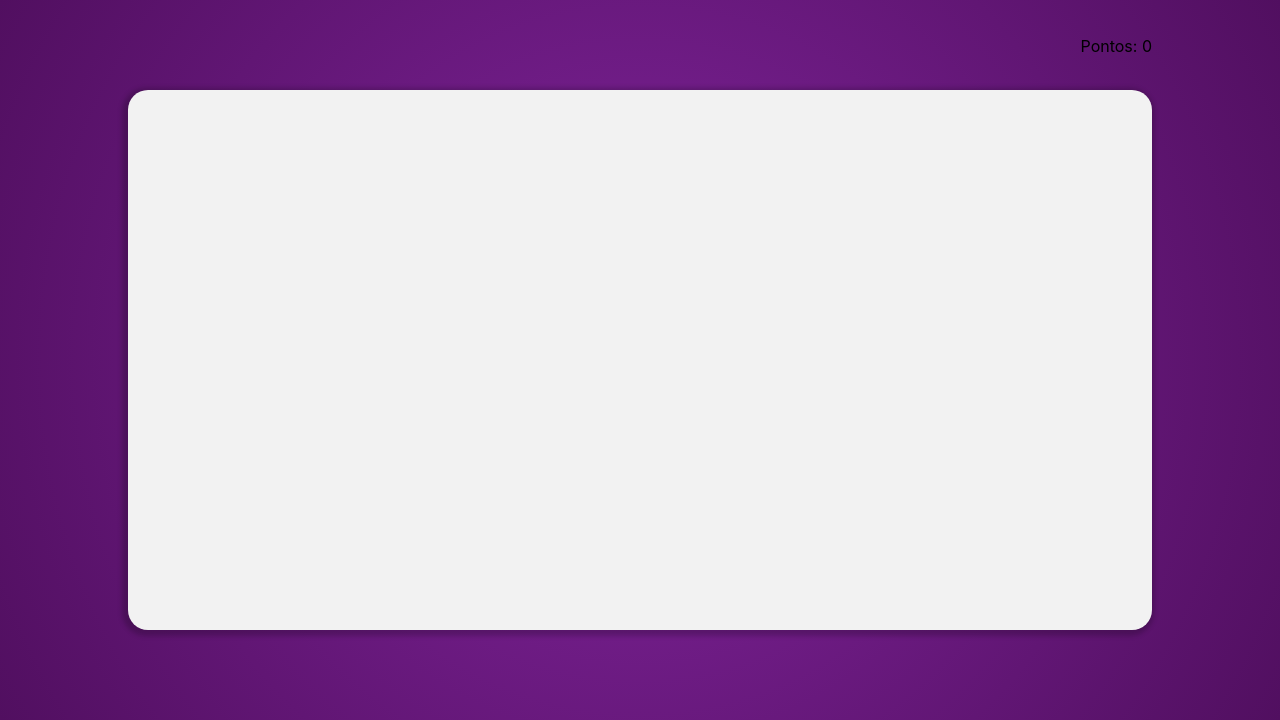
Repository: gabrielejandres/bd-final-project
Page: /play (app in frontend/)
An editor plug-in stored every save of this project. The page is shown before and after the next save, followed by the edit.
The browser window is 1280 px wide. The pictures show the whole page.
The project was rebuilt for these pictures with package versions that can differ from the ones it lists, and the page was loaded fresh each time. Also part of the build but not shown: frontend/src/App.css, frontend/src/components/Button/index.jsx, frontend/src/components/Logo/style.css, frontend/src/components/Logo/index.jsx, frontend/src/components/Footer/Login/index.jsx, frontend/src/pages/Login/index.jsx, frontend/src/components/Footer/Home/style.css, frontend/src/components/Footer/Home/index.jsx and 1 more.

Above is the page before, as saved 2022-03-05 21:29:14.

### frontend/src/App.js
import './App.css';
import Login from './pages/Login/index.jsx'
import Home from './pages/Home/index.jsx'
import Play from './pages/Play/index.jsx';
import {BrowserRouter, Route, Routes} from 'react-router-dom';


function App() {
  return (
    <div>
      <BrowserRouter>
          <Routes>
            <Route path="/login" element={<Login/>}/>
            <Route path="/" element={<Home/>}/>
            <Route path="/play" element={<Play/>}/>
          </Routes>
      </BrowserRouter>
    </div>
  );
}

export default App;

### frontend/src/pages/Play/index.jsx
import { useEffect, useState } from 'react'
import './style.css'

export default function Play(){

  const [score, setScore] = useState(0)

  useEffect(()=>{

  }, [score])

  return (
    <div className="main-page">
      <div className="score"> Pontos: {score}</div>
      <div className="game-container">
        <div>
          <div>

          </div>
          <div>

          </div>
        </div>
      </div>
    </div>
  )
}

### frontend/src/pages/Login/style.css
@import url('https://fonts.googleapis.com/css2?family=Montserrat:wght@100;400;700;900&display=swap');

:root {
    --color-brand-primary: #510F60;
    --color-brand-secondary: #F17E50;

    --color-neutral-lightest: #F2F2F2;
    --color-neutral-medium: rgba(133,133,133, 1);
    --color-neutral-darkest: #363636;

    --primary-brand-font: 'Montserrat', sans-serif;
}

.main-page {
  background-image: radial-gradient(circle, #81249C, var(--color-brand-primary));

  height: 100vh;

  display: flex;
  justify-content: center;
  align-items: center;
}

.logo img {
  height: 15vh;

  display: flex;
  justify-content: center;
  align-items: center;
}

.container-login {
  width: 40vw;
  height: 60vh;

  display: flex;
  align-items: center;
  justify-content: center;
  flex-direction: column;

  background-color: var(--color-neutral-lightest);

  border-radius: 20px;
  box-shadow: -2px 2px 5px 4px rgba(0,0,0,0.2) ;
}

.access-area {
  display: flex;
  justify-content: center;

  width: 35vw;
}

.user-interaction {
  display: flex;
  align-items: center;
  flex-direction: column;
  justify-content: center;

  margin-left: 1.5vw;
}

.profile {
  width: auto;
  height: auto;

  margin-top: 30px;
  margin-bottom: 50px;
}

.profile img {
  height: 150px;
  width: auto;
}

.input{
  border-radius: 10px;
  border: 1px solid var(--color-neutral-medium);

  height: 24px;
  width: 12vw;

  margin-bottom: 2.5vh;
  padding: 1vh;

  background-color: rgba(133,133,133, 0.2);

  font-family: var(--primary-brand-font);
}

input:focus {
  outline: none;
}

.container-footer {
  width: 100%;

  display: flex;
  align-items: center;
  justify-content: center;
}

.continue-button {
  display: flex;
  align-items: center;
  justify-content: center;
}

### frontend/src/pages/Home/style.css
@import url('https://fonts.googleapis.com/css2?family=Montserrat:wght@100;400;700;900&display=swap');

:root{
    --color-brand-primary: #510F60;
    --color-brand-secondary: #F17E50;
    --color-neutral-lightest: #F2F2F2;
    --primary-brand-font: 'Montserrat', sans-serif;
}

.container{
    width: 35vw;
    height: 65vh;
    display: flex;
    align-items: center;
    justify-content: center;
    flex-direction: column;
    background-color: var(--color-neutral-lightest);
    border-radius: 20px;
    box-shadow: -2px 2px 5px 4px rgba(0,0,0,0.2) ;
    color: var(--color-neutral-darkest);
}

.container-content{
    display: flex;
    flex-direction: column;
    align-items: center;
    height: 80%;
    margin-top: 50px;
}

.buttons-area{
    display: flex;
    flex-direction: column;
    height: 26vh;
    align-items: center;
    justify-content: space-evenly;
    width: 100%;
    margin-top: 5.5vh;
}

.logo {
    width: 35vw;
    display: flex;
    justify-content: center;
    align-items: center;
}

### frontend/src/pages/Play/style.css
.game-container{
  width: 80vw;
  height: 75vh;
  display: flex;
  align-items: center;
  justify-content: center;
  flex-direction: column;
  background-color: var(--color-neutral-lightest);
  border-radius: 20px;
  box-shadow: -2px 2px 5px 4px rgba(0,0,0,0.2) ;
}

.score{
  position: absolute;
  right: 10vw;
  top: 5vh;

}

### frontend/src/components/Button/style.css
@import url('https://fonts.googleapis.com/css2?family=Montserrat:wght@100;400;500;700;900&display=swap');

:root{
    --color-brand-primary: #510F60;
    --color-brand-secondary: #F17E50;

    --color-neutral-lightest: #F2F2F2;
    --color-neutral-darkest: #363636;

    --primary-brand-font: 'Montserrat', sans-serif;
}

.button {
  cursor: pointer;
  border-radius:30px;
  line-height: 2.5rem;
  font-family: var(--primary-brand-font);
  font-weight: 500;
  height: 4vh;
  display: flex;
  align-items: center;
  justify-content: center;

  border: 1px solid var(--color-neutral-lightest);
  background-image: linear-gradient(-180deg, var(--color-brand-secondary) 0%, #E66038 100%);
  box-shadow: 0 0 0.25rem 0 grey,
              0 -0.25rem 1.5rem rgba(255, 255, 255, 0.1) inset,
              0 0.75rem 0.5rem rgba(255,255,255, 0.4) inset,
              0 0.25rem 0.5rem 0 rgba(255, 255, 255, 0.3) inset;

  color: var(--color-neutral-lightest);

  padding: 2.5vh;
}

### frontend/src/components/Footer/Login/style.css
@import url('https://fonts.googleapis.com/css2?family=Montserrat:wght@100;400;700;900&display=swap');

:root {
    --color-brand-primary: #510F60;
    --color-brand-secondary: #F17E50;

    --color-neutral-lightest: #F2F2F2;
    --color-neutral-medium: rgba(133,133,133, 1);
    --color-neutral-darkest: #363636;

    --primary-brand-font: 'Montserrat', sans-serif;
}

.text-login hr{
    width: 6vw;
    border: 0;
    height: 1.90px;
    background-color: grey;
    margin-top: 1.2vh;
    margin-left: 0.5vw;
    margin-right: 0.5vw;
}

.text-login {
    display: flex;
    justify-content:center;
    align-items: center;

    color: var(--color-neutral-darkest);

    font-family: var(--primary-brand-font);
}

.login-icons {
    display: flex;
    justify-content: center;
}

.login-icons img {
    width: auto;
    height: 35px;

    padding: 0.5vw;
}

Loaded but not shown: frontend/public/index.html (common file); frontend/src/index.js (common file); frontend/src/index.css (common file)

After the next save:
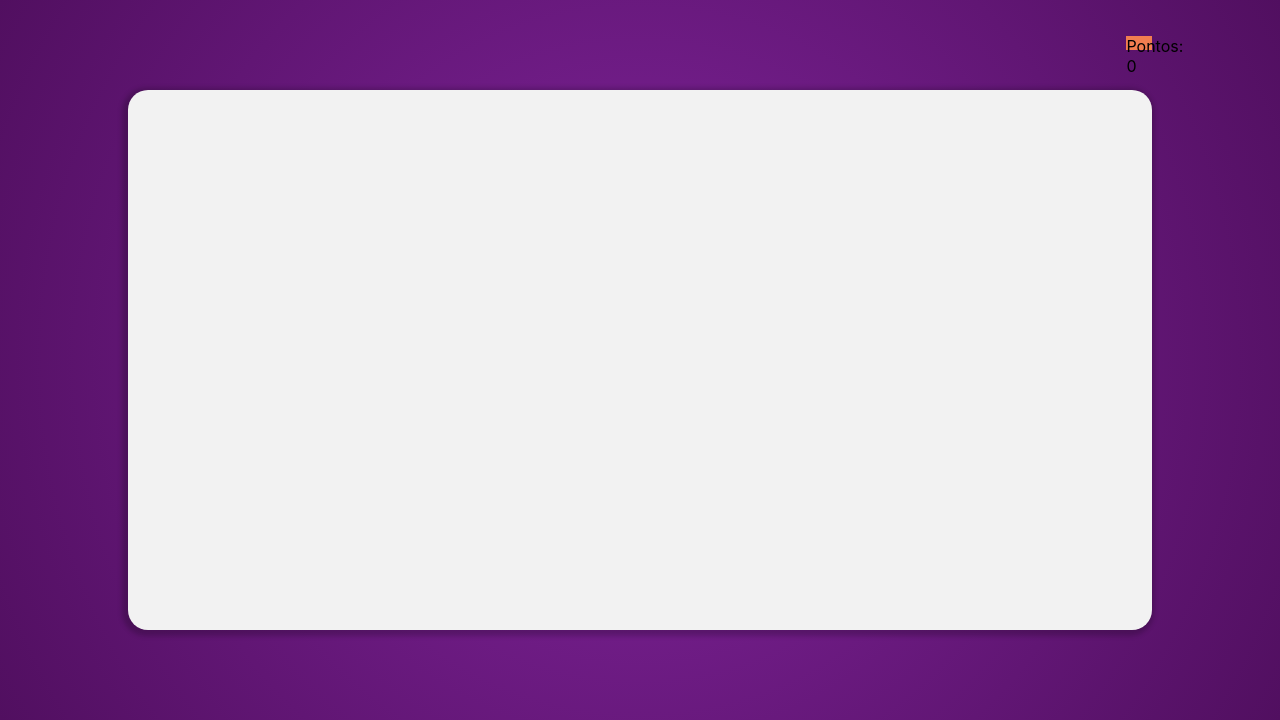
Saved 97 s later.
--- a/frontend/src/pages/Play/style.css
+++ b/frontend/src/pages/Play/style.css
@@ -14,5 +14,7 @@
   position: absolute;
   right: 10vw;
   top: 5vh;
-
+  width: 2vw;
+  height: 2vh;
+  background-color: var(--color-brand-secondary);
 }
